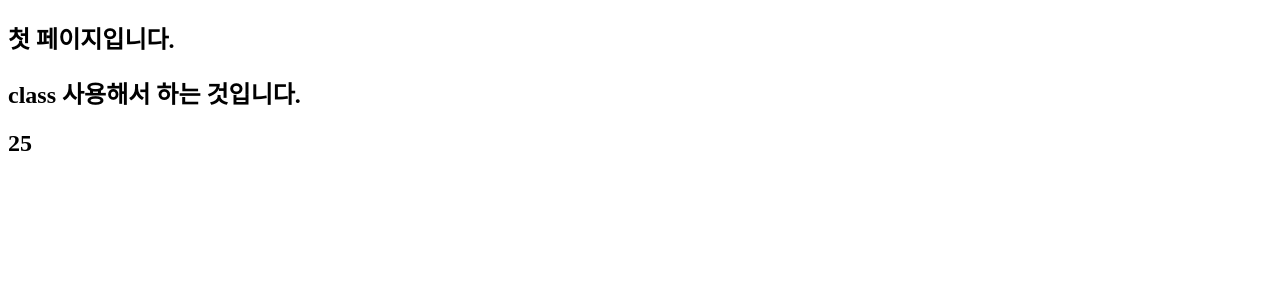
Repository: hodob/JSP_Practice
Page: http://localhost/JSP_WebMarket_JJH/ch04_ex/test.jsp
The author's editor kept a copy of each file at every save. The page is drawn from the files as they stood at one save, then again after the next save.
The browser window is 1280 px wide. The pictures show the whole page.
The page is served by Tomcat 9. Other server files are loaded and not shown.

Above is the page before, as saved 2022-08-09 02:26:48.

### JSP_WebMarket_JJH/WebContent/ch04_ex/test.jsp
<%@ page language="java" contentType="text/html; charset=UTF-8"
	pageEncoding="UTF-8"%>
<!DOCTYPE html>
<html>
<head>
<meta charset="UTF-8">
<title>Insert title here</title>
</head>
<body>
	<h2>첫 페이지입니다.</h2>
	<%-- <jsp:forward page="b.jsp"></jsp:forward> --%>
	<%-- 	<jsp:include page="b.jsp">
		<jsp:param value="<%=new java.util.Date().toLocaleString()%>"
			name="date1" />
	</jsp:include> --%>
	<%--
	<jsp:forward page="b.jsp">
		<jsp:param value="admin" name="id" />
		<jsp:param value='<%=java.net.URLEncoder.encode("테스트")%>' name="name" />
		<jsp:param value='<%=java.net.URLEncoder.encode("aaa@bbb.com")%>' name="email" />
	</jsp:forward> --%>
	<%--
	<jsp:forward page="b.jsp">
		<jsp:param value="<%=java.util.Calendar.getInstance().getTime() %>" name="date" />

	</jsp:forward>  --%>

	<%-- 	<jsp:useBean id="date" class ="java.util.Date"></jsp:useBean>   <!--  date 는 객체이름이다.  -->
	<h2>시간에서 , useBean 으로 적용하기, </h2>
	<h2><%=date %></h2> --%>



	<jsp:useBean id="bean123" class="ch04.com.dao.calc"></jsp:useBean>
	<h2>class 사용해서 하는 것입니다.</h2>
	<h2><%int result = bean123.pow(5); %></h2>  <!-- out.println 으로 표현하느 ㄴ방법도 있다.  -->
	<h2><%=result %></h2>

</body>
</html>

### JSP_WebMarket_JJH/src/ch04/com/dao/calc.java
package ch04.com.dao;

public class calc {

	public int process(int n) {
		return n*n*n;

	}
	public int pow(int n) {
		return n*n;
	}
}

### JSP_WebMarket_JJH/src/ch04/com/dao/Person.java
package ch04.com.dao;

public class Person {
	private int id = 2015641051;
	private String name = "테스트";



	public int getId() {
		return id;
	}
	public void setId(int id) {
		this.id = id;
	}
	public String getName() {
		return name;
	}
	public void setName(String name) {
		this.name = name;
	}




}

After the next save:
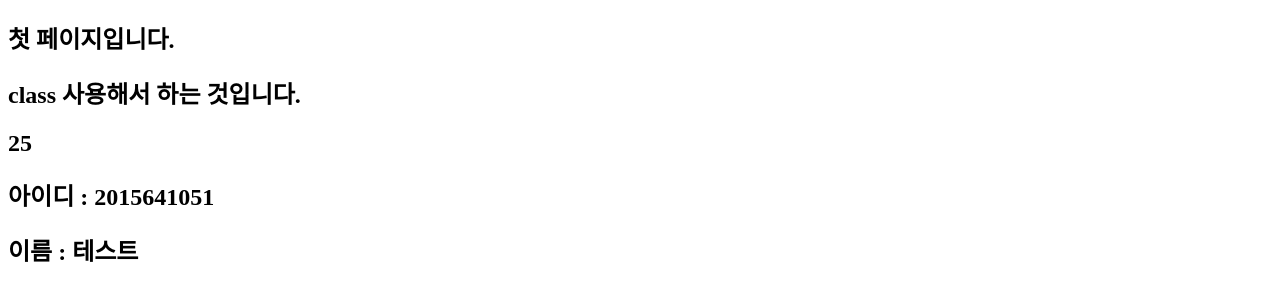
Saved 91 s later.
--- a/JSP_WebMarket_JJH/WebContent/ch04_ex/test.jsp
+++ b/JSP_WebMarket_JJH/WebContent/ch04_ex/test.jsp
@@ -36,5 +36,12 @@
 	<h2><%int result = bean123.pow(5); %></h2>  <!-- out.println 으로 표현하느 ㄴ방법도 있다.  -->
 	<h2><%=result %></h2>
 
+	<jsp:useBean id="person" class="ch04.com.dao.Person"></jsp:useBean>
+	<h2> 아이디 : <%=person.getId() %></h2>
+	<h2> 이름 : <%=person.getName() %></h2>
+
+
+
+
 </body>
 </html>
